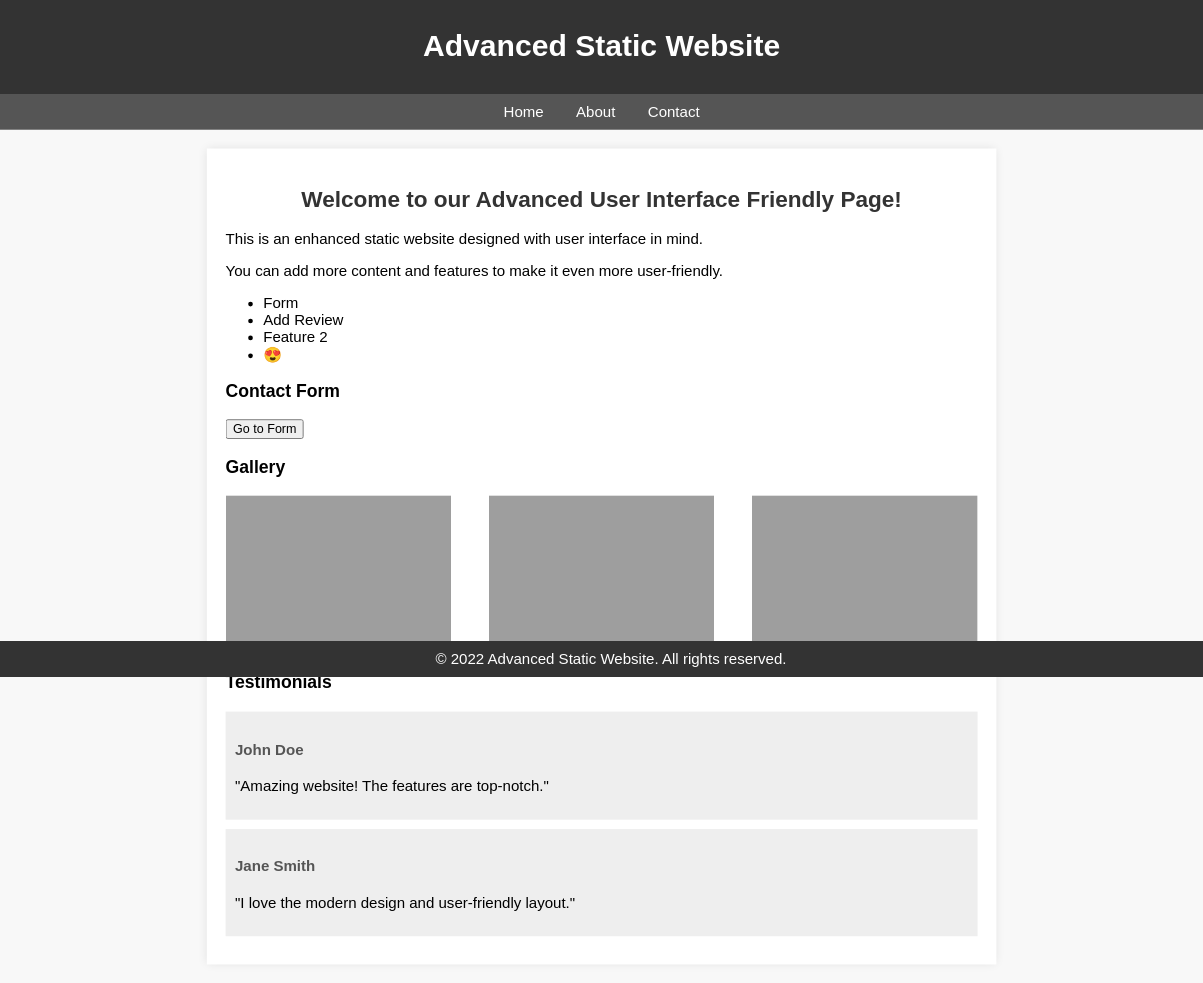
Repository: sahildhargave/static-web-go
Page: static-web/index.html
An editor plug-in stored every save of this project. The page is shown before and after the next save, followed by the edit.
The browser window is 1280 px wide. The pictures show the whole page, at 94% of full size.
Pictures or frames that could not be fetched are drawn as grey boxes.

Above is the page before, as saved 2024-02-17 03:18:03.

After the next save:
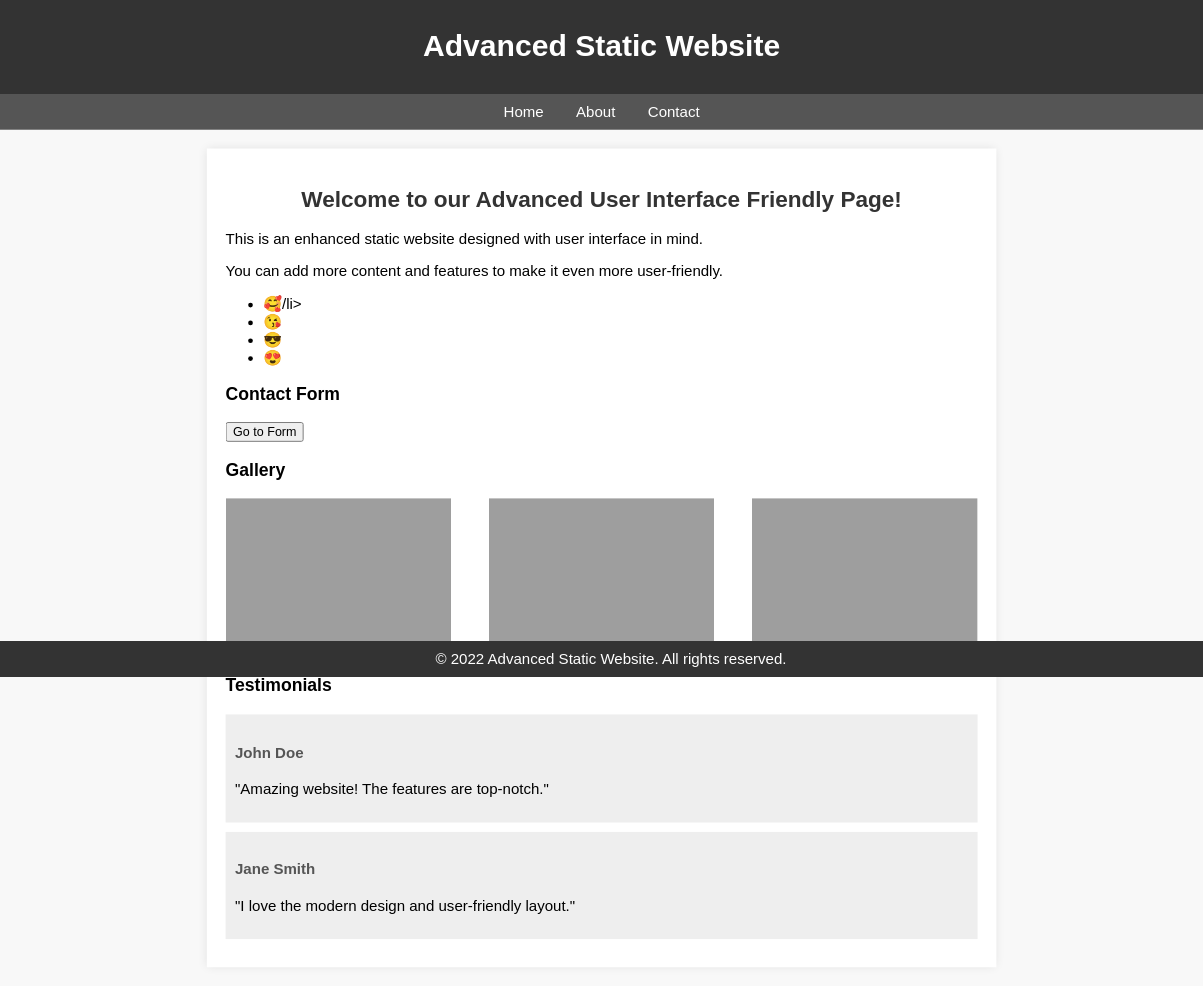
Saved 42 s later.
--- a/static-web/index.html
+++ b/static-web/index.html
@@ -99,9 +99,9 @@
         <p>This is an enhanced static website designed with user interface in mind.</p>
         <p>You can add more content and features to make it even more user-friendly.</p>
         <ul>
-            <li>Form</li>
-            <li>Add Review</li>
-            <li>Feature 2</li>
+            <li>🥰/li>
+            <li>😘</li>
+            <li>😎</li>
             <li>😍</li>
         </ul>
 
